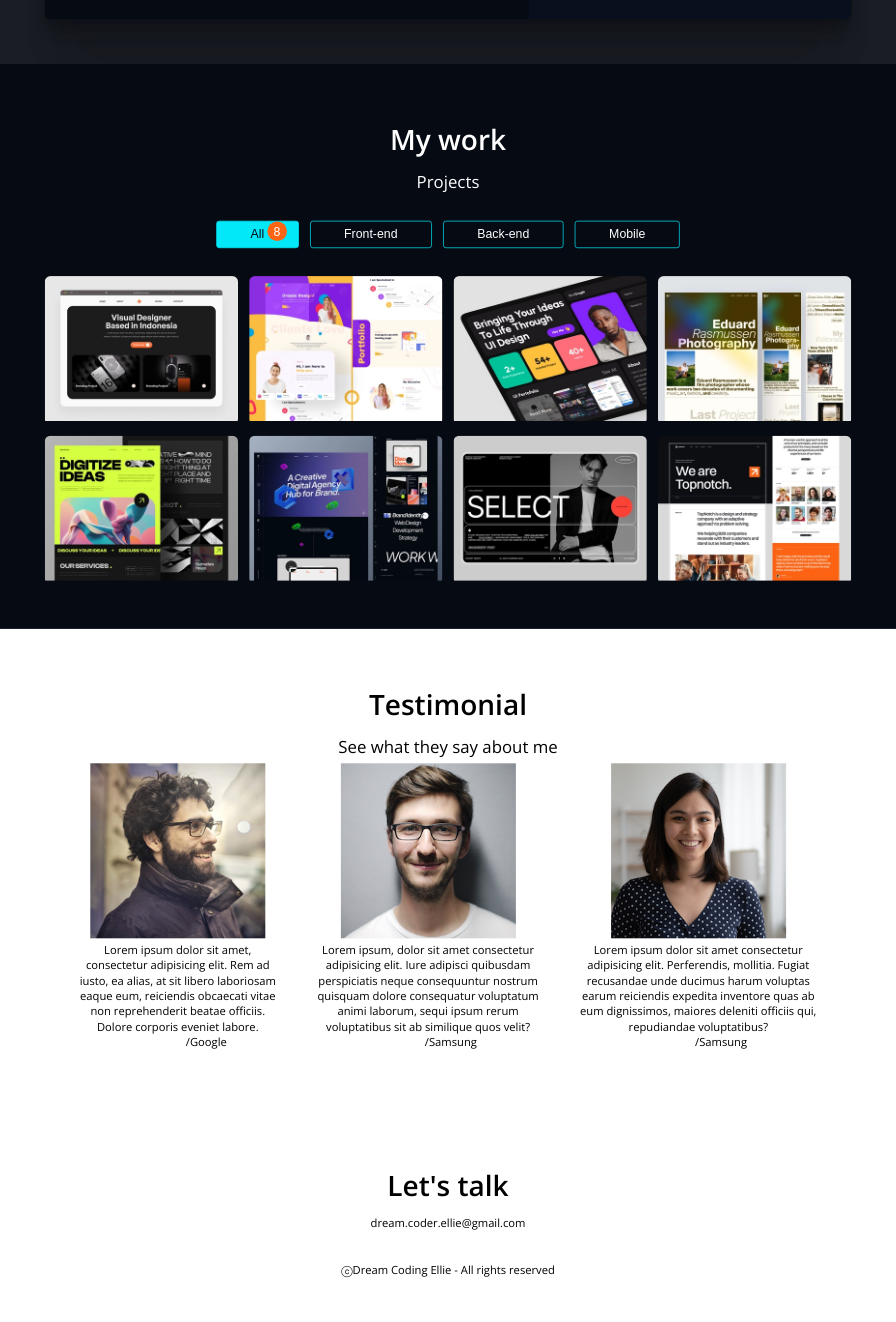
Repository: eggmoon/eggmoon_new
Page: index.html
These files come from the project's save history. The page is drawn as it stood at one moment and after the next save; the edit follows.
The browser window is 1280 px wide. The pictures show the part of the page from y = 2119 to 4039 px (the page is 4007 px tall before and 4039 px after), at 70% of full size.
Some web libraries are served in a nearby version.

Above is the page before, as saved 2025-02-26 14:57:12.

### index.html
<!DOCTYPE html>
<html lang="en">
  <head>
    <meta charset="UTF-8" />
    <meta http-equiv="X-UA-Compatible" content="IE=edge" />
    <meta name="viewport" content="width=device-width, initial-scale=1.0" />
    <!-- SEO -->
    <title>행정심판청구서 작성 가이드</title>
    <meta
      name="description"
      content="Portfolio for world-renowned software
    engineer Ellie"
    />
    <meta name="author" content="MScho" />
    <link rel="shortcut icon" href="images/favicon.ico" type="image/x-icon" />
    <!-- OG (Open Graph Data) -->
    <meta property="og:title" content="행정정심판청구서 작성 가이드" />
    <meta property="og:type" content="website" />
    <meta property="og:url" content="https://eggmoon.github.io/eggmoon/"/>
    <meta property="og:image" content="배포후에 생성된 이미지 URL" />
    <!-- Google Fonts -->
    <link rel="preconnect" href="https://fonts.googleapis.com" />
    <link rel="preconnect" href="https://fonts.gstatic.com" crossorigin />
    <link
      href="https://fonts.googleapis.com/css2?family=Open+Sans:wght@400;600&display=swap"
      rel="stylesheet"
    />
    <!-- Font Awesome -->
    <script src="https://kit.fontawesome.com/8d3cd595d6.js" crossorigin="anonymous"></script>
    <!-- CSS -->
    <link rel="stylesheet" href="css/style.css" />
    <!-- Javascript -->
    <script src="src/main.js" defer></script>
  </head>
  <body>
    <!-- Header -->
    <header class="header">
      <div class="header__logo">
        <img class="header__logo__img" src="images/favicon.ico" alt="logo" />
        <h1 class="header__logo__title"><a href="#">조미성 행정사사무소</a></h1>
      </div>
      <nav>
        <ul class="header__menu">
          <li><a class="header__menu__item active" href="#home">작성 Flow</a></li>
          <li><a class="header__menu__item" href="#about">사실관계 확인</a></li>
          <li><a class="header__menu__item" href="#skills">법령 포섭</a></li>
          <li><a class="header__menu__item" href="#work">사실의 재구성</a></li>
          <li><a class="header__menu__item" href="#testimonial">비례의 원칙</a></li>
          <li><a class="header__menu__item" href="#contact">청구서 작성</a></li>
        </ul>
      </nav>
    </header>
    <!-- Main -->
    <main>
      <!-- Home -->
      <section id="home" class="section">
        <img class="home__logo" src="images/favicon.ico" alt="Ellie's profile" />
        <h2 class="home__title"><strong class="home__title--strong">행정심판청구서</strong> <br> 작성 가이드</h2>
        <p class="home__description">사실관계 확정과 비례의 원칙을 중심으로</p>
        <a class="home__contact" href="#contact">조미성 행정사사무소</a>
      </section>
      <!-- About -->
      <section id="about" class="section max-container =">
        <h2 class="title">작성 Flow</h2>
        <p section="description">
          사실관계 및 법령의 확인
        </p>
        <p>내용을 작성해야 합니다.</p>
        <ul class="about__majors">
          <li class="about__major">
            <i class="fa-brands fa-html5 about__major__icon"></i>
            <p class="about__major__title">사실관계 및 관련 법령</p>
            <p>처분서에 따른... 확인</p>
          </li>
          <li class="about__major">
            <i class="fa-solid fa-mobile about__major__icon"></i>
            <p class="about__major__title">사실관계의 재구성</p>
            <p>사실관계...재구성</p>
          </li>
          <li class="about__major">
            <i class="fa-solid fa-server about__major__icon"></i>
            <p class="about__major__title">자료조사 및 법령의 해석론 확립</p>
            <p>논문, 법령... 등 조사</p>`
          </li>
        </ul>
        <ul class="about__subexps">
          <li class="about__subexp">
            <img src="images/jobs/google.png" alt="google logo" />
            <div>
              <p class="about__subexp__title">Google as Senior Software Engineer</p>
              <p class="about__subexp__content">2019 Oct - Until now</p>
            </div>
          </li>
          <li class="about__subexp">
            <img src="images/jobs/samsung.png" alt="samsung logo" />
            <div>
              <p class="about__subexp__title">Samsung as Software Engineer</p>
              <p class="about__subexp__content">2014 Sept - 2019 Oct</p>
            </div>
          </li>
        </ul>
      </section>
      <!-- Skills -->
      <section id="skills" class="section">
        <div class="max-container">
          <h2 class="title">사실관계의 확인</h2>
          <p class="description">사실관계</p>
          <p>
            Lorem ipsum dolor sit, amet consectetur adipisicing 계lit. Alias
            doloremque sint deleniti vel quod itaque molestias, suscipit dolor
            cupiditate saepe rem minima, amet ipsum accusantium architecto
            laboriosam dolore id necessitatibus?
          </p>
          <div class="skills-container">
            <section class="skills__rule">
              <h3 class="skills__title">Coding Skills</h3>
              <ul>
                <li class="bar">
                  <div class="bar__metadata"><span>HTML</span><span>98%</span></div>
                  <div><div class="bar__value bar__bg" style="width: 98%"></div></div>
                </li>
                <li class="bar">
                  <div class="bar__metadata"><span>CSS</span><span>90%</span></div>
                  <div><div class="bar__value bar__bg" style="width: 90%"></div></div>
                </li>
                <li class="bar">
                  <div class="bar__metadata"><span>JavaScript</span><span>90%</span></div>
                  <div><div class="bar__value bar__bg" style="width: 90%"></div></div>
                </li>
                <li class="bar">
                  <div class="bar__metadata"><span>TypeScript</span><span>80%</span></div>
                  <div><div class="bar__value bar__bg" style="width: 80%"></div></div>
                </li>
                <li class="bar">
                  <div class="bar__metadata"><span>React</span><span>79%</span></div>
                  <div><div class="bar__value bar__bg" style="width: 79%"></div></div>
                </li>
                <li class="bar">
                  <div class="bar__metadata"><span>NodeJs</span><span>68%</span></div>
                  <div><div class="bar__value bar__bg" style="width: 68%"></div></div>
                </li>
              </ul>
            </section>
            <section class="skills__explain">
              <h3 class="skills__title">Tools</h3>
              <ul>
                <li>Visual Studio Code</li>
                <li>IntelliJ</li>
                <li>Android Studio Code</li>
                <li>iOS development tools</li>
                <li>Sketch app</li>
              </ul>
            </section>
            <section class="skills__data">
              <h3 class="skills__title">Etc</h3>
              <ul>
                <li>Git</li>
                <li>Scrum Master</li>
                <li>Math</li>
              </ul>
            </section>
          </div>
        </div>
      </section>
      <!-- Work -->
      <section id="work" class="section">
        <div class="max-container">
          <h2 class="title">My work</h2>
          <p class="description">Projects</p>
          <ul class="categories">
            <li>
              <button class="category category--selected">All <span class="category__count">8</span></button>
            </li>
            <li>
              <button class="category">Front-end <span class="category__count">3</span></button>
            </li>
            <li>
              <button class="category">Back-end <span class="category__count">3</span></button>
            </li>
            <li>
              <button class="category">Mobile <span class="category__count">2</span></button>
            </li>
          </ul>
          <ul class="projects">
            <li class="project">
              <a href="#" target="_blank">
                <img src="images/projects/project1.webp" alt="project1" class="project__img"/>
                <div class="project__metadata">
                  <h3 class="project__title">Project #1</h3>
                  <p>Clone Coding with HTML, CSS</p>
                </div>
              </a>
            </li>
            <li class="project">
              <a href="#" target="_blank">
                <img src="images/projects/project2.webp" alt="project2" class="project__img"/>
                <div class="project__metadata">
                  <h3 class="project__title">Project #2</h3>
                  <p>Clone Coding with HTML, CSS</p>
                </div>
              </a>
            </li>
            <li class="project">
              <a href="#" target="_blank">
                <img src="images/projects/project3.webp" alt="project3" class="project__img"/>
                <div class="project__metadata">
                  <h3 class="project__title">Project #3</h3>
                  <p>Clone Coding with HTML, CSS</p>
                </div>
              </a>
            </li>
            <li class="project">
              <a href="#" target="_blank">
                <img src="images/projects/project4.webp" alt="project4" class="project__img"/>
                <div class="project__metadata">
                  <h3 class="project__title">Project #4</h3>
                  <p>Clone Coding with HTML, CSS</p>
                </div>
              </a>
            </li>
            <li class="project">
              <a href="#" target="_blank">
                <img src="images/projects/project5.webp" alt="project5" class="project__img"/>
                <div class="project__metadata">
                  <h3 class="project__title">Project #5</h3>
                  <p>Clone Coding with HTML, CSS</p>
                </div>
              </a>
            </li>
            <li class="project">
              <a href="#" target="_blank">
                <img src="images/projects/project6.webp" alt="project6" class="project__img"/>
                <div class="project__metadata">
                  <h3 class="project__title">Project #6</h3>
                  <p>Clone Coding with HTML, CSS</p>
                </div>
              </a>
            </li>
            <li class="project">
              <a href="#" target="_blank">
                <img src="images/projects/project7.webp" alt="project7" class="project__img"/>
                <div class="project__metadata">
                  <h3 class="project__title">Project #7</h3>
                  <p>Clone Coding with HTML, CSS</p>
                </div>
              </a>
            </li>
            <li class="project">
              <a href="#" target="_blank">
                <img src="images/projects/project8.webp" alt="project8" class="project__img"/>
                <div class="project__metadata">
                  <h3 class="project__title">Project #8</h3>
                  <p>Clone Coding with HTML, CSS</p>
                </div>
              </a>
            </li>
          </ul>
        </div>
      </section>
      <!-- Testimonials -->
      <section id="testimonials" class="section max-container">
        <h2 class="title">Testimonial</h2>
        <p class="description">See what they say about me</p>
        <ul class="testimonials">
          <li class=".testimonial">
            <img src="images/testimonials/people1.webp" alt="people1" class="testimonial__img" />
            <div class="testimonial__bubble">
              <p>
                Lorem ipsum dolor sit amet, consectetur adipisicing elit. Rem ad
                iusto, ea alias, at sit libero laboriosam eaque eum, reiciendis
                obcaecati vitae non reprehenderit beatae officiis. Dolore
                corporis eveniet labore.
              </p>
              <p><a href="#">James Kim</a> /Google</p>
            </div>
          </li>
          <li class=".testimonial">
            <img src="images/testimonials/people2.webp" alt="people2" class="testimonial__img" />
            <div class="testimonial__bubble">
              <p class="testimonial__bubble__name">
                Lorem ipsum, dolor sit amet consectetur adipisicing elit. Iure
                adipisci quibusdam perspiciatis neque consequuntur nostrum
                quisquam dolore consequatur voluptatum animi laborum, sequi
                ipsum rerum voluptatibus sit ab similique quos velit?
              </p>
              <p><a href="#">Anna Jin</a> /Samsung</p>
            </div>
          </li>
          <li class=".testimonial">
            <img src="images/testimonials/people3.webp" alt="people3" class="testimonial__img" />
            <div class="testimonial__bubble">
              <p class="testimonial__bubble__name">
                Lorem ipsum dolor sit amet consectetur adipisicing elit.
                Perferendis, mollitia. Fugiat recusandae unde ducimus harum
                voluptas earum reiciendis expedita inventore quas ab eum
                dignissimos, maiores deleniti officiis qui, repudiandae
                voluptatibus?
              </p>
              <p class="testimonial__bubble__name"><a href="#">Anna Jin</a> /Samsung</p>
            </div>
          </li>
        </ul>
      </section>
      <!-- Arrow up -->
      <aside>
        <a href="#home" title="back to top">
          <i class="fa-solid fa-arrow-up"></i>
        </a>
      </aside>
    </main>
    <!-- Footer -->
    <footer id="contact" class="section">
      <h2 class="title">Let&#39;s talk</h2>
      <p class="testimonial__bubble__name" class="section">dream.coder.ellie@gmail.com</p>
      <ul>
        <li>
          <a
            href="https://github.com/dream-ellie"
            target="_blank"
            title="my github link"
          >
            <i class="fa-brands fa-github"></i>
          </a>
        </li>
        <li>
          <a
            href="https://github.com/dream-ellie"
            target="_blank"
            title="my linkedin link"
          >
            <i class="fa-brands fa-linkedin"></i>
          </a>
        </li>
      </ul>
      <p class="testimonial__bubble__name">ⓒDream Coding Ellie - All rights reserved</p>
    </footer>
  </body>
</html>

### css/style.css
/* Global */
:root {
/* App Colors */
  --color-primary: var(--color-black);
  --color-primary-variant: var(--color-gray);
  --color-accent: var(--color-blue);
  --color-accent-variant: var(--color-orange);
  --color-text: var(--color-white);
  /* Colors */
  --color-white: #ffffff;
  --color-black: #050a13;
  --color-blue: #03e8f9;
  --color-orange: #fd6413;
  --color-gray: #1b1e26;
  /* Size */
  --size-max-width: 1200px;
}
*{
  box-sizing: border-box;
}
body {
  font-family: 'Open Sans', sans-serif;
  margin: 0;
}
h1, h2, h3, p, ul {
  margin: 0;
}

ul {
  list-style: none;
  padding: 0;
}

a{
  text-decoration: none;
  color: var(--color-text);
}

button{
  background-color: transparent;
  outline: 0;
  border: 0;
}

button:focus {
  outline: 1px solid var(--color-blue);
}

/* Common */
.section{
  padding: 4rem;
  text-align: center !important;
}

.title{
  font-size: 2.5rem;
  margin: 1rem 0;

}

.description{
  font-size:1.5rem;
  margin:0.5rem 0;
}

.max-container {
  max-width: var(--size-max-width);
  margin: auto;
}

/* Header */
.header{
  position: fixed;
  background-color: var(--color-black);
  top: 0;
  width: 100%;
  padding:1rem;
  display: flex;
  justify-content: space-between;
  align-items: center;
  z-index:1;
}

.header__logo{
  display:flex;
  align-items: center;
  gap: 8px
}

.header__logo__img{
  width: 36px;
  height: 36px;
}

.header__logo__title {
  font-size: 1.8rem;
}

.header__menu{
  display:flex;
  gap: 4px;
}
.header__menu__item{
  padding: 8px 16px;
}
.header__menu__item:hover{
  border-bottom: 1px solid var(--color-accent);
}
.header__menu__item.active{
  border: 1px solid var(--color-accent);
}
/* Home */
#home{
  background-color: var(--color-primary);
  color: var(--color-text);
  padding: 5rem 1rem;
  padding-top: 7rem;
  text-align: center;
}
.home__logo{
 width: 250px;
 height: 250px;
 object-fit: contain;
 border: 3px solid var(--color-accent);
 border-radius: 50%;
}
.home__title{
 font-size:3rem;
 margin-bottom: 1rem;

}
.home__title--strong{
  color: var(--color-accent);
}
/* .home__description{

} */

.home__contact{
  display: inline-block;
  background-color: var(--color-accent);
  color: var(--color-black);
  padding: 0.5rem 1rem;
  font-weight: bold;
  border-radius: 4px;
}

.home__contact:hover{
    /* hover 밀림 현상 해결: width, height을 주거나 outline으로 해결함 */
  background-color:transparent;
  outline: 1px solid var(--color-accent);
  color: var(--color-text);
}

/* about */

.about__majors{
  display: flex;
  justify-content: space-between;
  gap: 1rem;
  margin: 2.5rem 0;
}

.about__major{
  background-color: var(--color-primary-variant);
  padding: 2rem 1rem;
  color: var(--color-text);
  border-radius: 1rem;
  cursor: default;
  box-shadow:4.0px 8.0px 8.0px rgba(0,0,0,0.38);
  flex-grow:1;
  flex-shrink:1;
  flex-basis:0;
}

.about__major__icon{
  font-size: 4rem;
  margin: 1rem 0;
  color: var(--color-accent);
  transition: all 300ms ease;
}

.about__major__title{
 font-size: 1.5rem;
 font-weight: bold;
 margin-bottom: 1rem;
}

.about__major:hover .about__major__icon{
  transform: rotate(-15deg) scale(1.2);
}

.about__subexps{
  text-align: start;
}
.about__subexp{
  display:flex;
  align-items: center;
  gap: 8px;
  margin-bottom: 1rem;
}
.about__subexp__title{
  color: var(--color-primary);
}

.about__subexp__content{
  color: var(--color-primary);
}

/* skills */

#skills {
  background-color: var(--color-primary-variant);
  color: var(--color-text);
}
.skills__title{
  color: var(--color-accent);
  margin: 1rem 0;
  font-size: 1.2rem;
  margin: 2rem 3rem;
}
.skills-container{
  display: grid;
  grid-template-columns: 6fr 4fr;
  background-color: var(--color-primary);
  border-radius: 8px;
  overflow: hidden;
  box-shadow: 0 2.8px 2.2px rgba(0, 0, 0, 0.034), 0 6.7px 5.3px rgba(0, 0, 0, 0.048), 0 12.5px 10px rgba(0, 0, 0, 0.06), 0 22.3px 17.9px rgba(0, 0, 0, 0.072), 0 41.8px 33.4px rgba(0, 0, 0, 0.086), 0 100px 80px rgba(0, 0, 0, 0.12)
}

.skills__rule{
  grid-row: span 2;
  padding: 1rem;
}

.skills__explain{
  padding: 1rem;
}

.skills__data{
  padding: 1rem;
  background-color: var(--color-primary);
    filter: brightness(150%);
}

.bar{
  display:flex;
  flex-direction: column;
  padding: 1rem;
  gap: 0.5rem;
}
.bar__metadata{
  display:flex;
  justify-content:space-between;
}
.bar__bg{
  width: 100%;
  height: 3px;
  background-color: var(--color-primary-varient);
}
.bar__value{
  background-color: var(--color-accent);
}

 /* Work */
 #work {
  background-color: var(--color-primary);
  color: var(--color-text);
 }

 .categories {
  display:flex;
  justify-content: center;
  margin: 2.5rem;
  gap: 1rem;
 }

 .category {
  position:relative;
  color: var(--color-text);
  font-size: 1.1rem;
  padding: 0.5rem 3rem;
  border-radius: 4px;
  border: 1px solid var(--color-accent);
  cursor: pointer;
  white-space: nowrap;
 }


 .category__count{
  opacity: 0;
  position: absolute;
  top: -20px;
  right: 16px;
  width: 28px;
  height: 28px;
  line-height: 28px;
  border-radius: 100%;
  background-color: var(--color-accent-variant);
  color: var(--color-text);
  transition: all 300ms ease-in;
 }
 .category--selected {
  background-color: var(--color-accent);
  color: var(--color-primary);
 }
 .category--selected .category__count,
 .category:hover .category__count {
  opacity: 1;
  top:0;
 }

 .projects {
  display: grid;
  grid-template-columns: repeat(4, 1fr);
  grid-template-rows: repeat(2,1fr);
  gap: 1rem;
 }

 .project{
  position:relative;
  border-radius:8px;
  overflow:hidden;
 }

 .project__img{
  width: 100%;
 }

 .project__metadata{
  opacity: 0;
  position: absolute;
  top: 0;
  left: 0;
  width: 100%;
  height: 100%;
  background-color: var(--color-black);
  display:flex;
  flex-direction: column;
  justify-content: center;
  align-items: center;
  transition: all 250ms ease-in;
  transform: translateY(-10px);
 }

 .project__metadata:hover {
  opacity:0.8;
  transform: translateY(0px);
 }
 .project__title:after{
  content: '';
  display: block;
  position:relative;
  left:50%;
  transform: translate(-60%);
  width: 80px;
  height: 2px;
  background-color: var(--color-accent);
  margin:0.5rem;
 }

 /* Testimonial */

 .testimonials{
  display: flex;
  gap: 2rem;
  margin-bottom:
 }

 .testimonial{

 }
 .testimonial__img{

 }
 .testimonial__bubble{

 }

 .testimonial__bubble__name{

 }

Loaded but not shown: src/main.js (no copy from this time; the picture is the same without it)

After the next save:
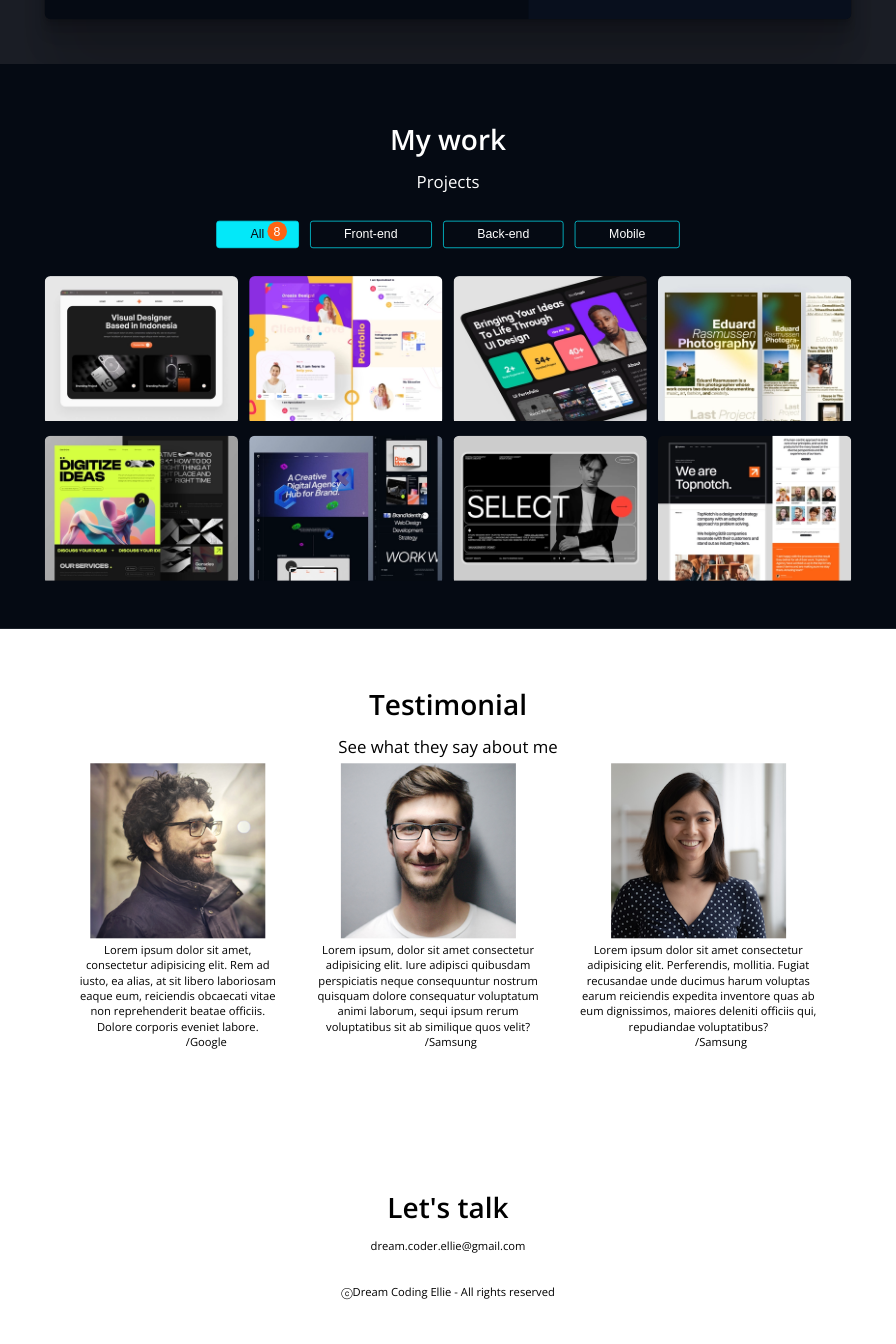
Saved 4 s later.
--- a/css/style.css
+++ b/css/style.css
@@ -364,7 +364,7 @@
  .testimonials{
   display: flex;
   gap: 2rem;
-  margin-bottom:
+  margin-bottom: 2rem;
  }
 
  .testimonial{
